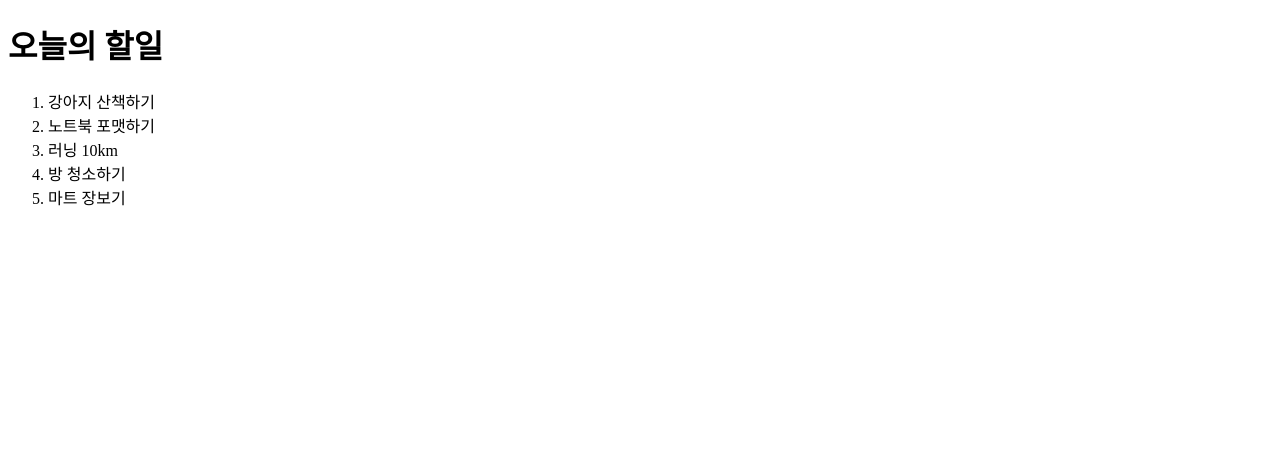
Repository: kmd192kmd/Web
Page: html/HtmlTest/src/main/webapp/ex09_list.html
The author's editor kept a copy of each file at every save. The page is drawn from the files as they stood at one save, then again after the next save.
The browser window is 1280 px wide. The pictures show the whole page.

Above is the page before, as saved 2026-02-13 01:18:59.

After the next save:
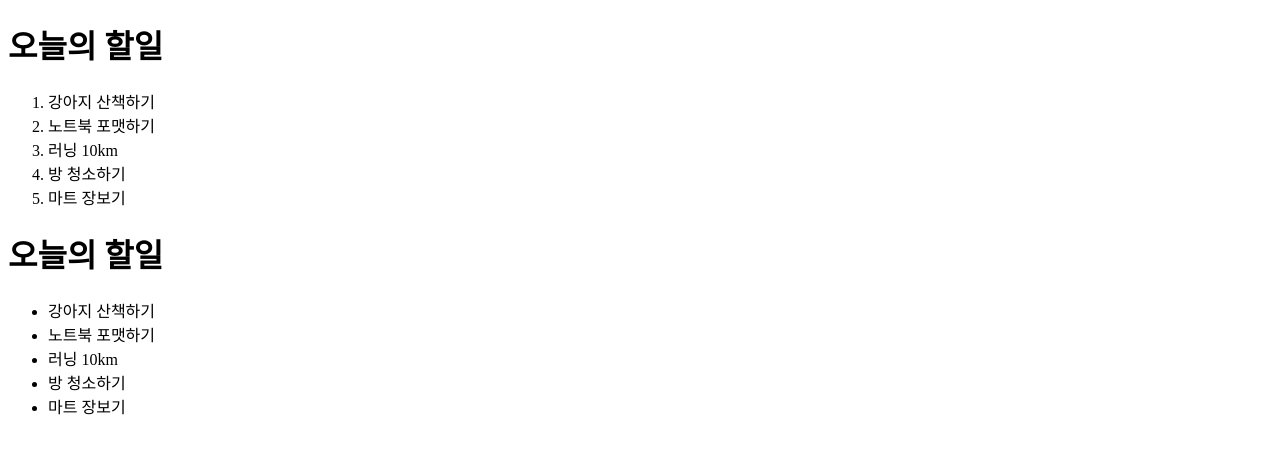
Saved 20 s later.
--- a/html/HtmlTest/src/main/webapp/ex09_list.html
+++ b/html/HtmlTest/src/main/webapp/ex09_list.html
@@ -28,5 +28,15 @@
 	 	<li>마트 장보기</li>
 	 </ol>
 
+	 <h1>오늘의 할일</h1>
+
+	 <ul>
+	 	<li>강아지 산책하기</li>
+	 	<li>노트북 포맷하기</li>
+	 	<li>러닝 10km</li>
+	 	<li>방 청소하기</li>
+	 	<li>마트 장보기</li>
+	 </ul>
+
 </body>
 </html>
